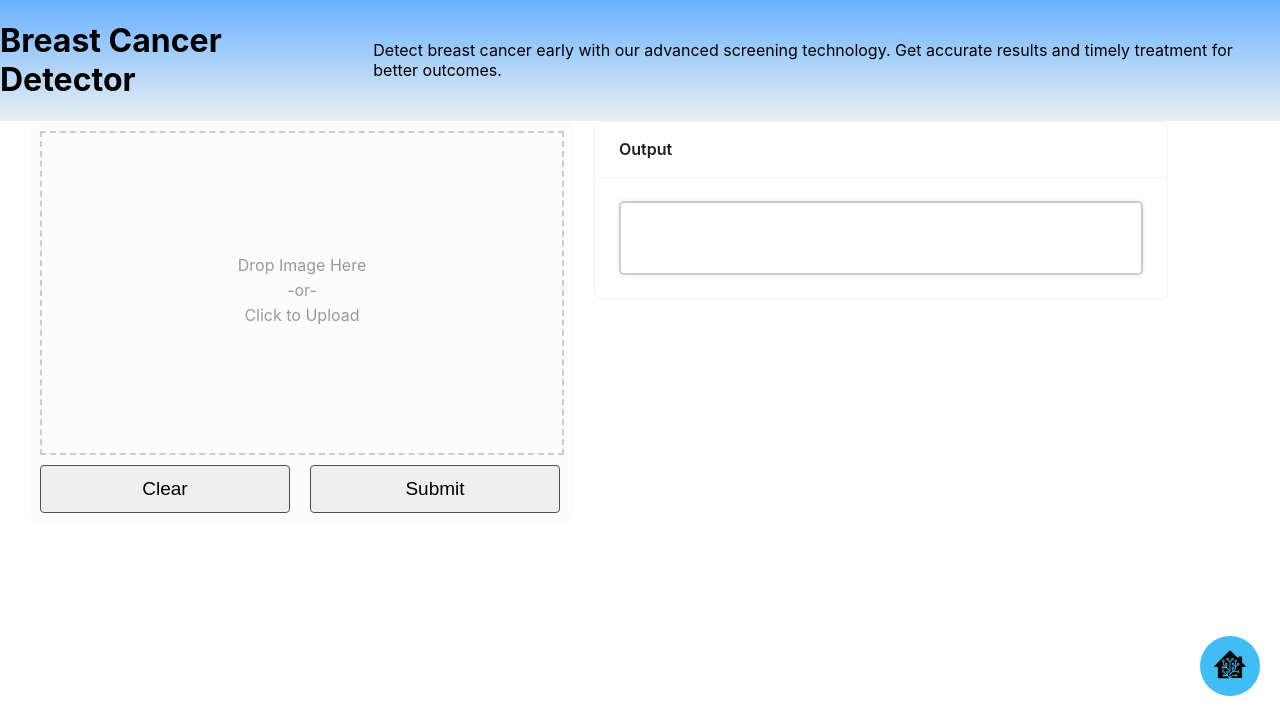
Repository: xshamrose/RAYi-AI
Page: /BreastCancerDetector-app (app in client/)
An editor plug-in stored every save of this project. The page is shown before and after the next save, followed by the edit.
The browser window is 1280 px wide. The pictures show the whole page.
The project was rebuilt for these pictures with package versions that can differ from the ones it lists, and the page was loaded fresh each time. Also part of the build but not shown: client/src/App.css, client/src/pages/Home.js, client/src/pages/home.css, client/src/pages/Chatbox.js.

Above is the page before, as saved 2024-03-11 10:49:21.

After the next save:
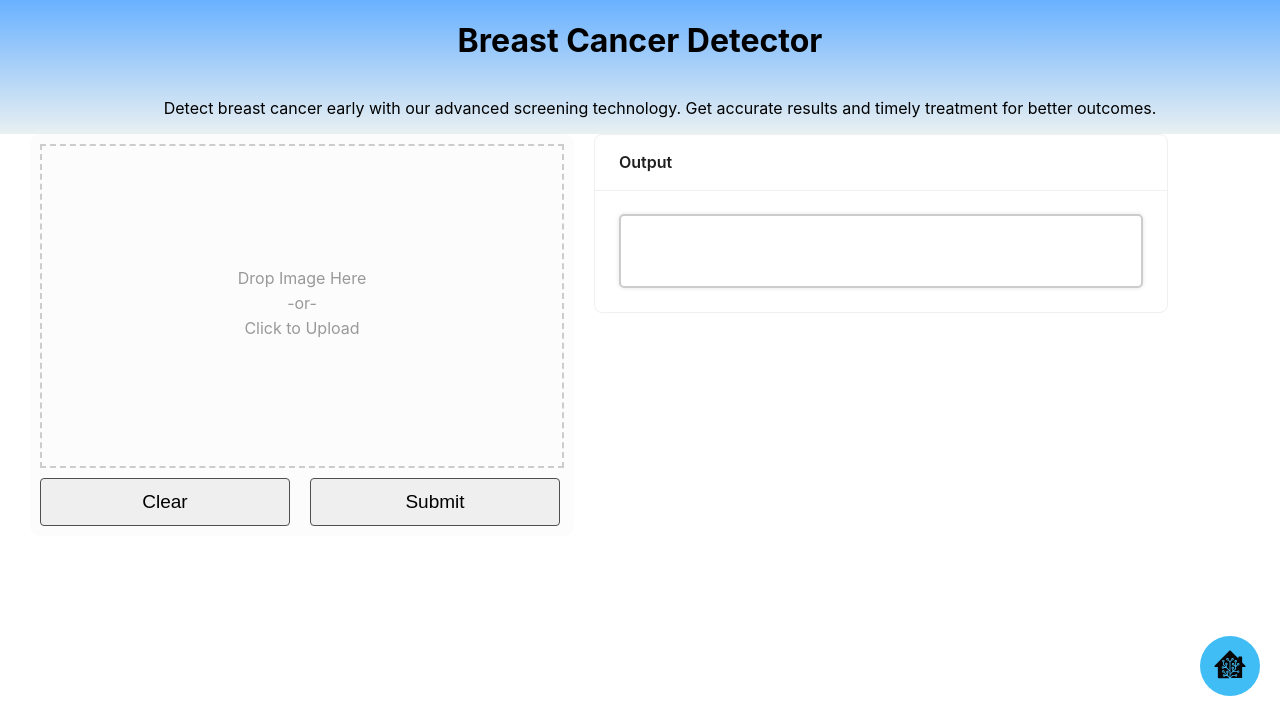
Saved 39 s later.
--- a/client/src/pages/Header.js
+++ b/client/src/pages/Header.js
@@ -5,7 +5,7 @@
     <div
       style={{
         display: "flex",
-        flexDirection:"coloum",
+        flexDirection:"column",
         justifyContent: "center",
         alignContent: "center",
         flexWrap: "nowrap",
